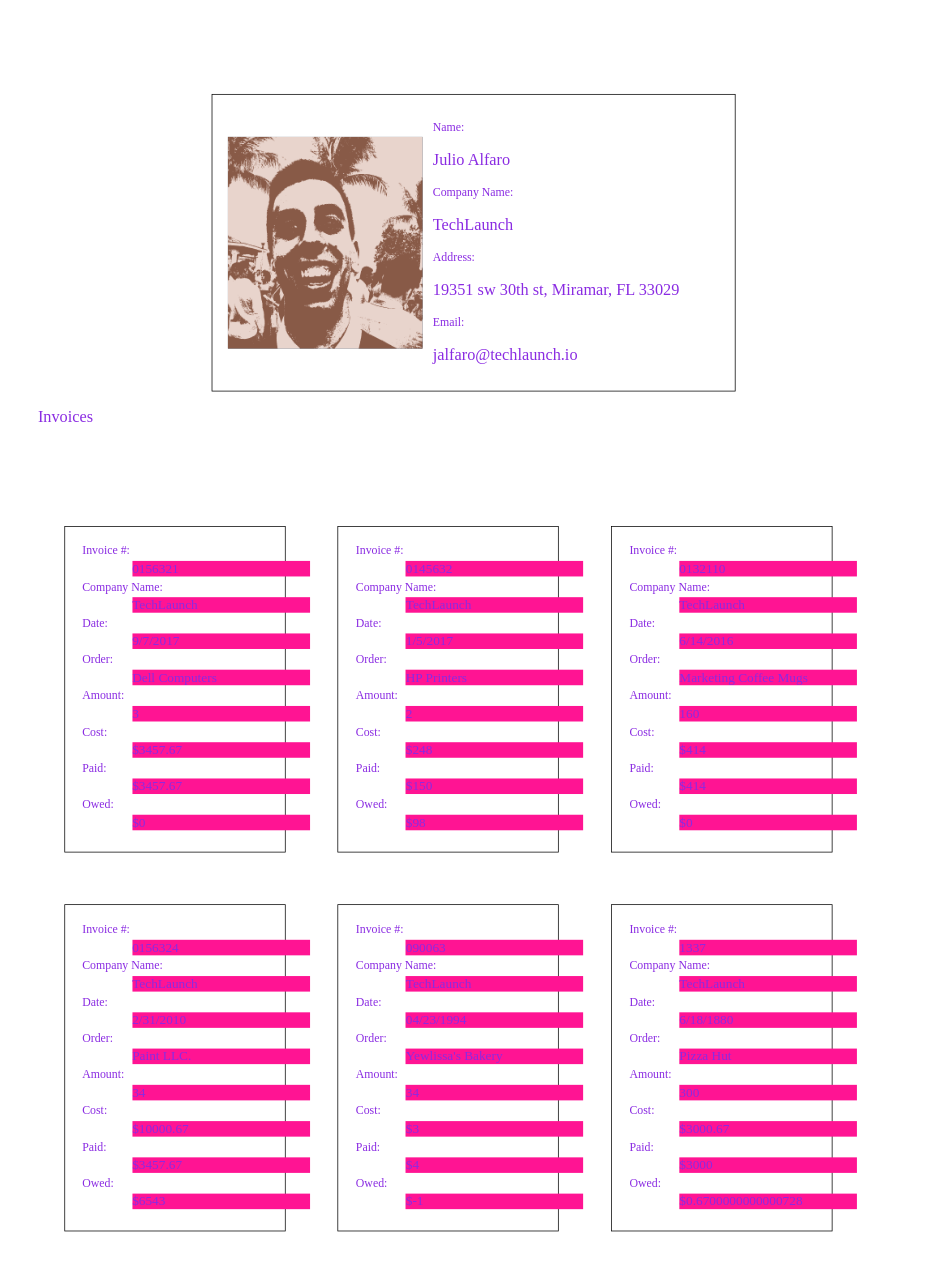
Repository: Juliolikescoding/WEB1100_invoice_app
Page: index.html
An editor plug-in stored every save of this project. The page is shown before and after the next save, followed by the edit.
The browser window is 1280 px wide. The pictures show the whole page, at 74% of full size.
Some web fonts or font styles are not loaded; a fallback is used.

Above is the page before, as saved 2018-05-17 19:40:15.

After the next save:
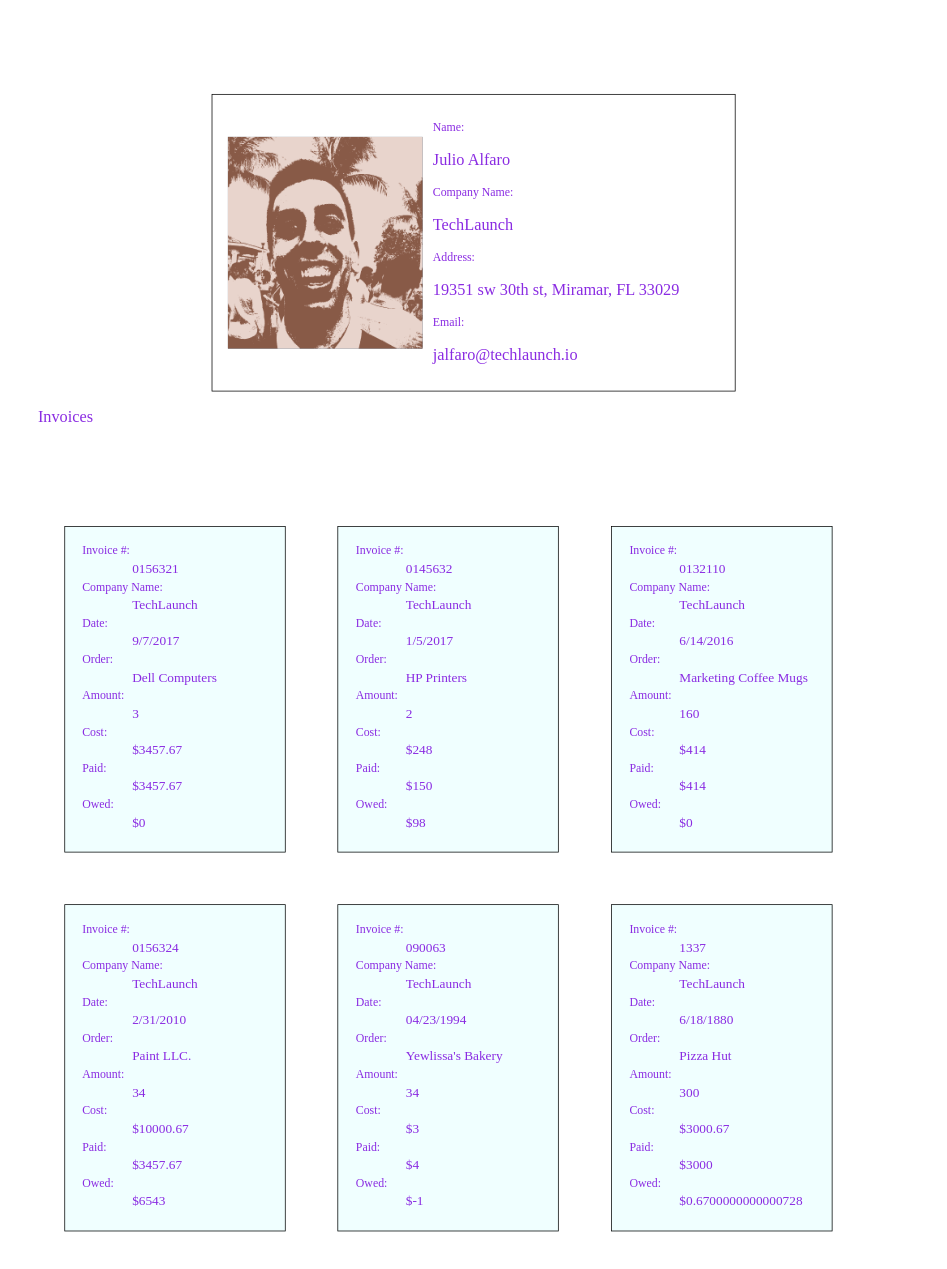
Saved 61 s later.
--- a/index.html
+++ b/index.html
@@ -58,6 +58,7 @@
             padding: 2%;
             width: 250px;
             height: auto;
+            background-color: azure; /* change 2 */
 
         }
         .invoice > p{
@@ -65,7 +66,6 @@
             margin: 5px;
             left: 25%;
             font-size: 18px;
-            background-color:deeppink;   /* change 2 */
         }
     </style>
 </head>
